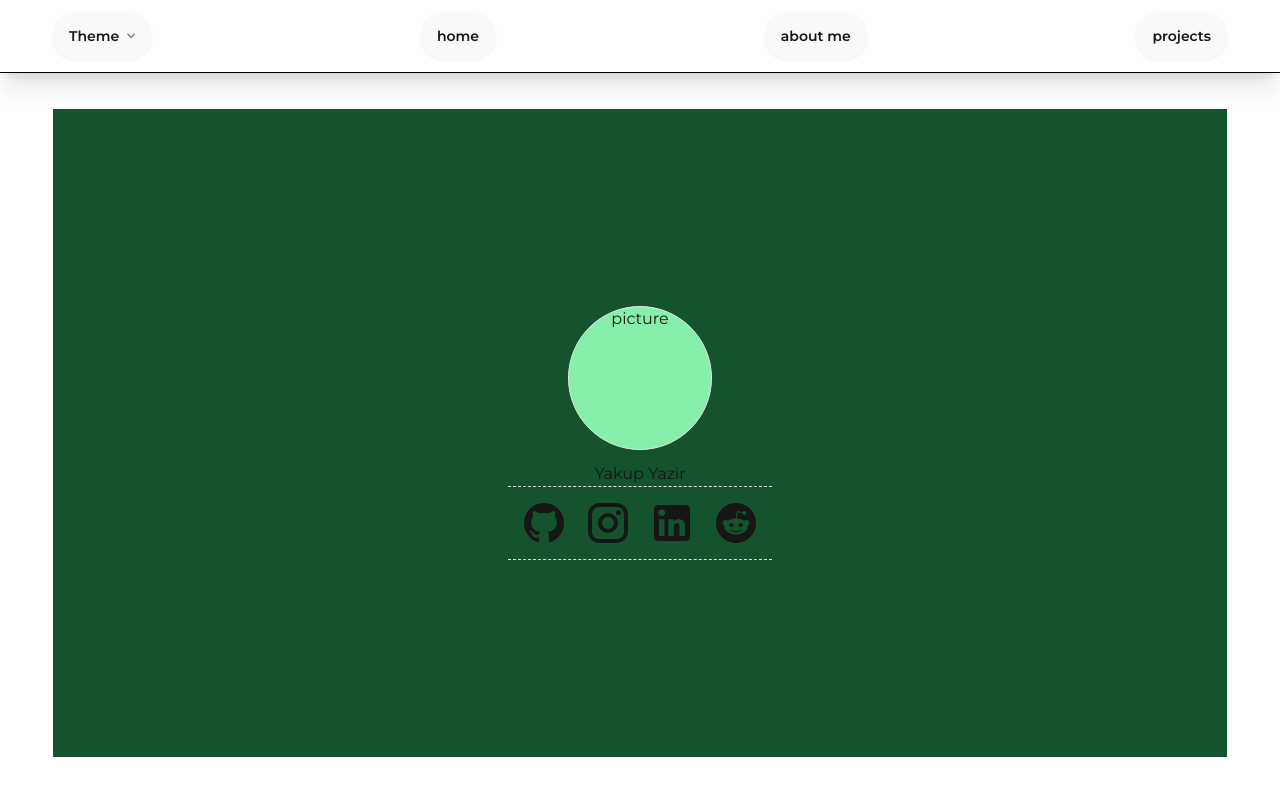
Repository: Yakyaz/myWebsite
Page: /home
These files come from the project's save history. The page is drawn as it stood at one moment and after the next save; the edit follows.
The browser window is 1280 px wide. The pictures show the whole page.
The project was rebuilt for these pictures with package versions that can differ from the ones it lists, and the page was loaded fresh each time. The framework's server and built-in components were replaced by stand-ins that run in the browser. Also part of the build but not shown: next.config.js.

Above is the page before, as saved 2023-12-02 22:52:28.

### app/layout.tsx
import type { Metadata } from "next";
import { Montserrat } from "next/font/google";
import "./globals.css";
import Navbar from "./components/navbar";

const montserrat = Montserrat({ subsets: ["latin"] });

export const metadata: Metadata = {
  title: "Create Next App",
  description: "Generated by create next app",
};

export default function RootLayout({
  children,
}: {
  children: React.ReactNode;
}) {
  return (
    <html lang="en" data-theme="pastel" style={{ overflow: "hidden" }}>
      <body className={montserrat.className} style={{ overflow: "hidden" }}>
        <Navbar />
        <div>{children}</div>
      </body>
    </html>
  );
}

### app/home/page.tsx
import Link from "next/link";
import Navbar from "../components/navbar";
import Icon from "@mdi/react";
import { mdiGithub, mdiInstagram, mdiLinkedin, mdiReddit } from "@mdi/js";
function Home() {
  return (
    <main className="w-screen h-screen flex items-center justify-center ">
      <div
        className="bg-green-900 w-11/12 flex justify-center items-center "
        style={{ height: "90%" }}
      >
        <div className="flex flex-col justify-center items-center">
          <div className="border rounded-full mb-3 bg-green-300 h-36 w-36 text-center">
            picture
          </div>
          <div>
            <h1>Yakup Yazir</h1>
          </div>
          <div className="flex flex-row space-x-4 border border-x-0 border-dashed p-3">
            <a href="https://github.com/It3chii ">
              <Icon path={mdiGithub} size={2} />
            </a>
            <a href="https://www.instagram.com/yakupwrld_/">
              <Icon path={mdiInstagram} size={2} />
            </a>
            <a href="https://www.linkedin.com/in/yakup-yazir-aa9a61247/">
              <Icon path={mdiLinkedin} size={2} />
            </a>
            <a href="https://www.reddit.com/user/It3chii">
              <Icon path={mdiReddit} size={2} />
            </a>
          </div>
        </div>
      </div>
    </main>
  );
}

export default Home;

### app/components/navbar.tsx
import Link from "next/link";
import React from "react";
import Toggle from "./toggle";

const Navbar = () => {
  return (
    <ul className="flex flex-row justify-between items-center p-2 pr-12 pl-12 border-b border-black shadow-xl">
      <li>
        <Toggle />
      </li>
      <li>
        <Link className="btn m-1  " href="/home">
          home
        </Link>
      </li>
      <li>
        <Link className="btn m-1" href="/about">
          about me
        </Link>
      </li>
      <li>
        <Link className="btn m-1" href="/projects">
          projects
        </Link>
      </li>
    </ul>
  );
};

export default Navbar;

### app/components/toggle.tsx
import React from "react";

const Toggle = () => {
  return (
    <div className="dropdown ">
      <div tabIndex={0} role="button" className="btn m-1">
        Theme
        <svg
          width="12px"
          height="12px"
          className="h-2 w-2 fill-current opacity-60 inline-block"
          xmlns="http://www.w3.org/2000/svg"
          viewBox="0 0 2048 2048"
        >
          <path d="M1799 349l242 241-1017 1017L7 590l242-241 775 775 775-775z"></path>
        </svg>
      </div>
      <ul
        tabIndex={0}
        className="dropdown-content z-[1] p-2 shadow-2xl bg-base-300 rounded-box w-52"
      >
        <li>
          <input
            type="radio"
            name="theme-dropdown"
            className="theme-controller btn btn-sm btn-block btn-ghost justify-start"
            aria-label="Default"
            value="default"
          />
        </li>
        <li>
          <input
            type="radio"
            name="theme-dropdown"
            className="theme-controller btn btn-sm btn-block btn-ghost justify-start"
            aria-label="Retro"
            value="retro"
          />
        </li>
        <li>
          <input
            type="radio"
            name="theme-dropdown"
            className="theme-controller btn btn-sm btn-block btn-ghost justify-start"
            aria-label="Cyberpunk"
            value="cyberpunk"
          />
        </li>
        <li>
          <input
            type="radio"
            name="theme-dropdown"
            className="theme-controller btn btn-sm btn-block btn-ghost justify-start"
            aria-label="Dracula"
            value="dracula"
          />
        </li>
        <li>
          <input
            type="radio"
            name="theme-dropdown"
            className="theme-controller btn btn-sm btn-block btn-ghost justify-start"
            aria-label="Aqua"
            value="aqua"
          />
        </li>
      </ul>
    </div>
  );
};

export default Toggle;

### tailwind.config.ts
import type { Config } from "tailwindcss";

const config: Config = {
  content: [
    "./pages/**/*.{js,ts,jsx,tsx,mdx}",
    "./components/**/*.{js,ts,jsx,tsx,mdx}",
    "./app/**/*.{js,ts,jsx,tsx,mdx}",
  ],
  theme: {
    extend: {
      backgroundImage: {
        "gradient-radial": "radial-gradient(var(--tw-gradient-stops))",
        "gradient-conic":
          "conic-gradient(from 180deg at 50% 50%, var(--tw-gradient-stops))",
      },
    },
  },
  plugins: [require("daisyui")],
  daisyui: {
    themes: ["pastel", "retro", "cyberpunk", "dracula", "aqua"],
  },
};
export default config;

Loaded but not shown: app/globals.css (common file)

After the next save:
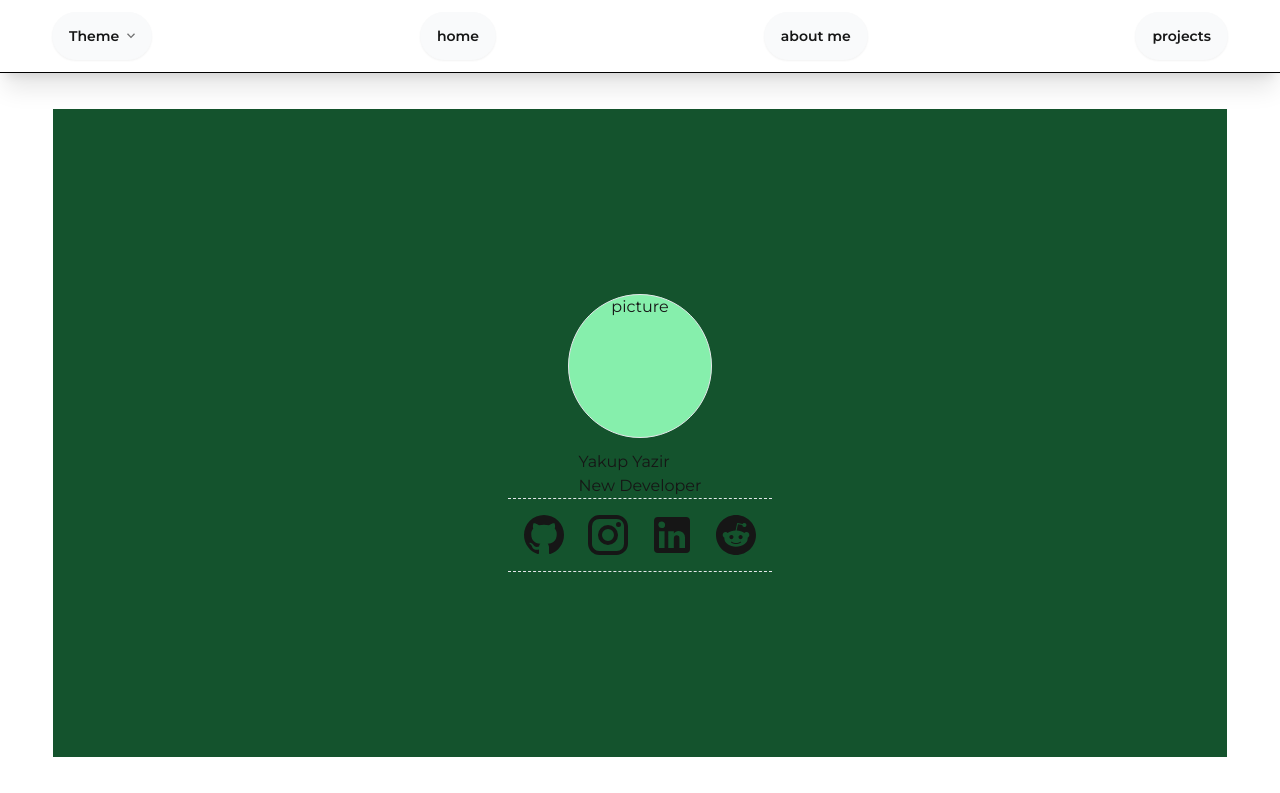
Saved 23 s later.
--- a/app/home/page.tsx
+++ b/app/home/page.tsx
@@ -15,6 +15,7 @@ function Home() {
           </div>
           <div>
             <h1>Yakup Yazir</h1>
+            <h2>New Developer</h2>
           </div>
           <div className="flex flex-row space-x-4 border border-x-0 border-dashed p-3">
             <a href="https://github.com/It3chii ">
